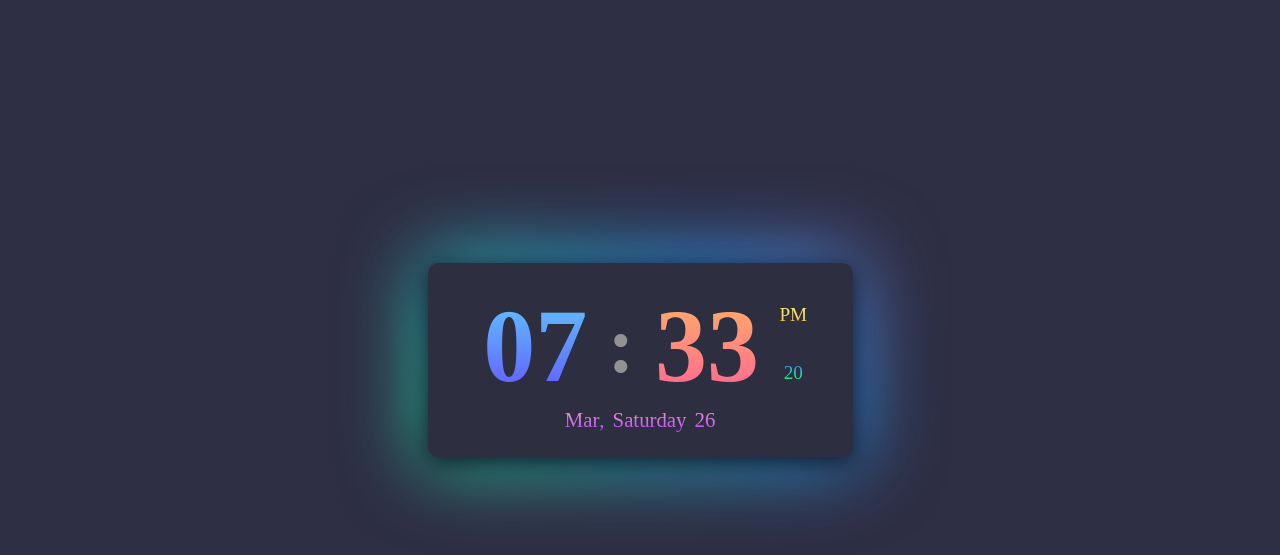
Repository: QUANGTHAI2003/digital-clock
Page: index.html
An editor plug-in stored every save of this project. The page is shown before and after the next save, followed by the edit.
The browser window is 1280 px wide. The pictures show the whole page.
Some icons come from a web library that is not loaded, so they are not drawn.

Above is the page before, as saved 2022-03-27 09:03:40.

After the next save:
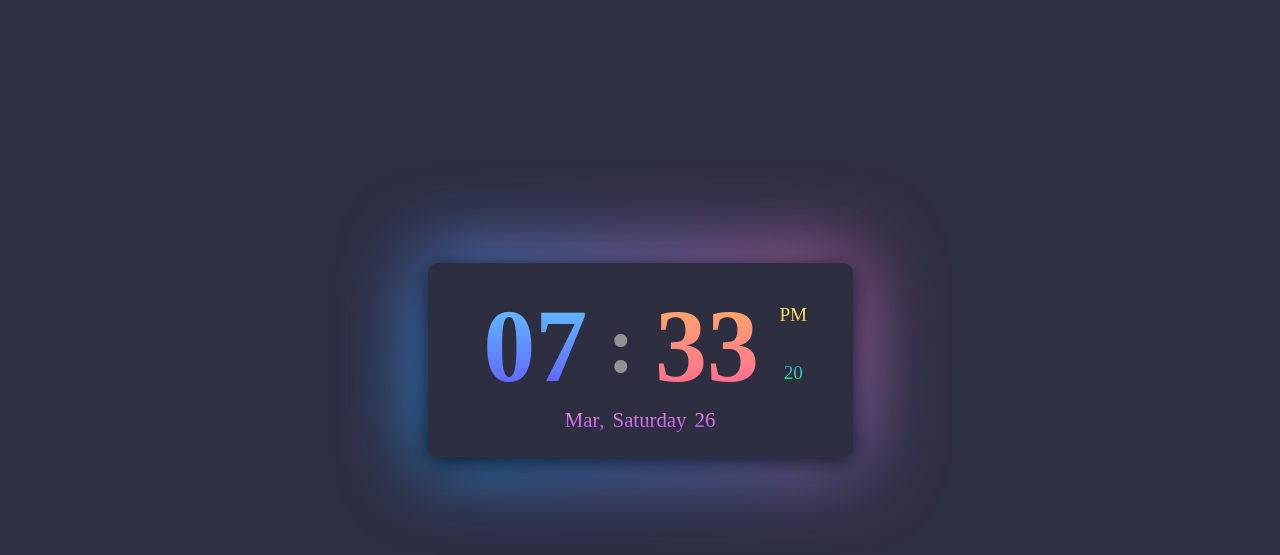
Saved 54 s later.
--- a/style.css
+++ b/style.css
@@ -42,6 +42,14 @@ body {
 
 @keyframes glowing {
     0% {
+        background-position: 0 50%;
+    }
+
+    50% {
+        background-position: 100% 50%;
+    }
+
+    100% {
         background-position: 0 50%;
     }
 }
